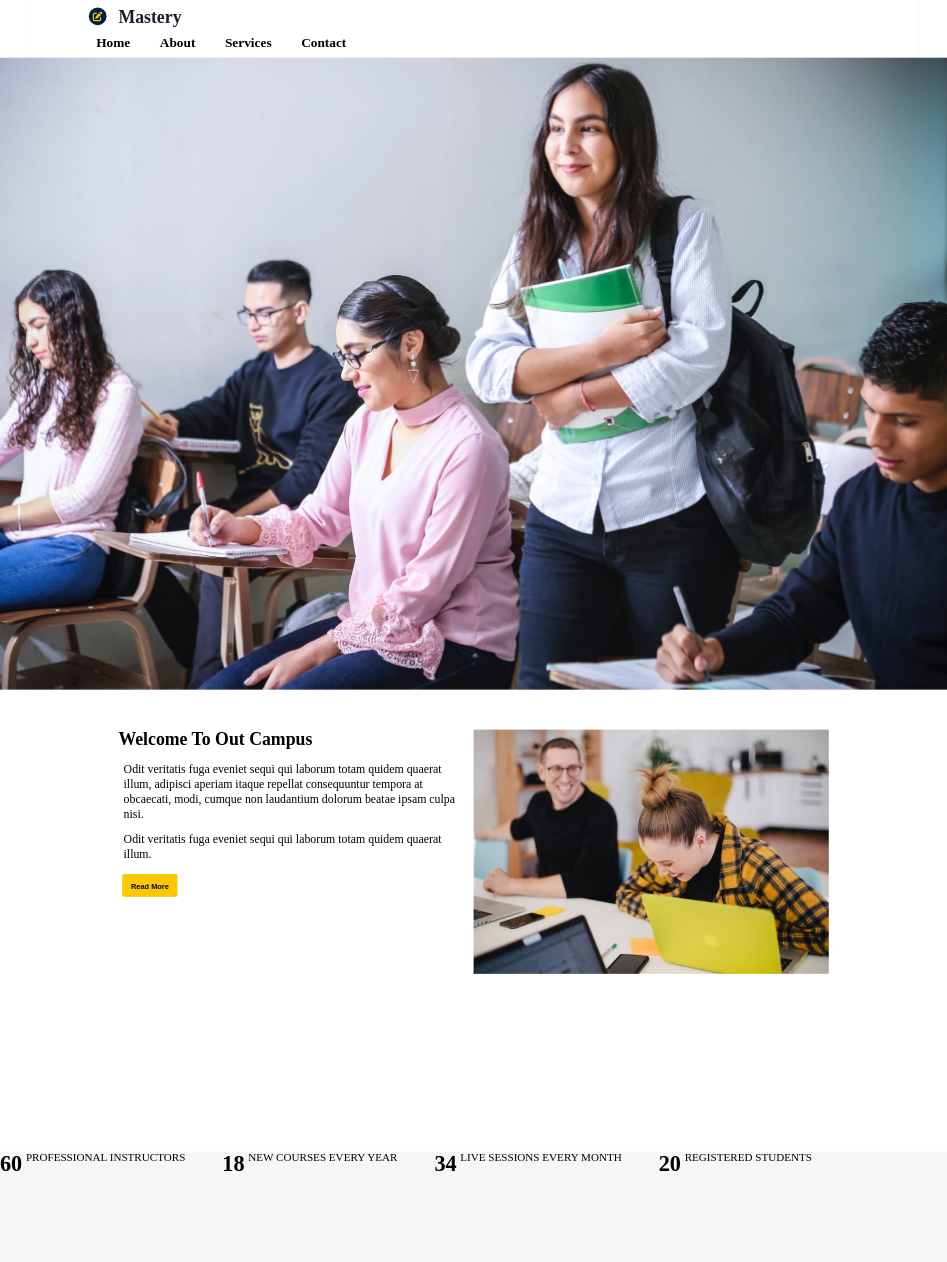
Repository: trminhphuc1504/Mastery
Page: index.html
The author's editor kept a copy of each file at every save. The page is drawn from the files as they stood at one save, then again after the next save.
The browser window is 1280 px wide. The pictures show the whole page, at 74% of full size.
Some web libraries are served in a nearby version.

Above is the page before, as saved 2024-08-24 12:23:27.

After the next save:
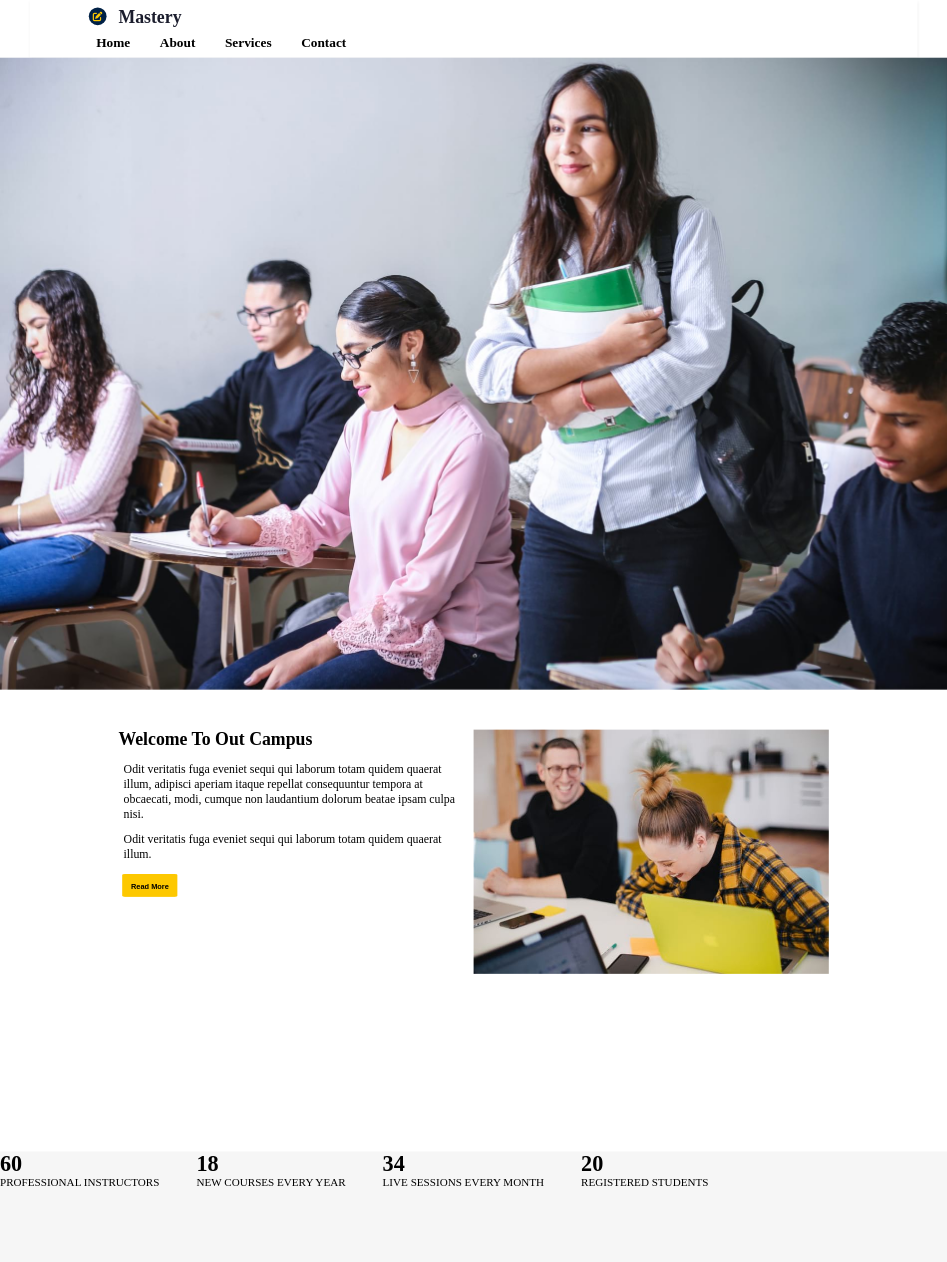
Saved 6 s later.
--- a/css/style.css
+++ b/css/style.css
@@ -157,8 +157,8 @@ header{
 }
 
 .content-content .content-item{
-    display: flex;
-    gap:5px;
+    /* display: flex;
+    gap:5px; */
     /* justify-content: space-between;
     align-items:center; */
 }
